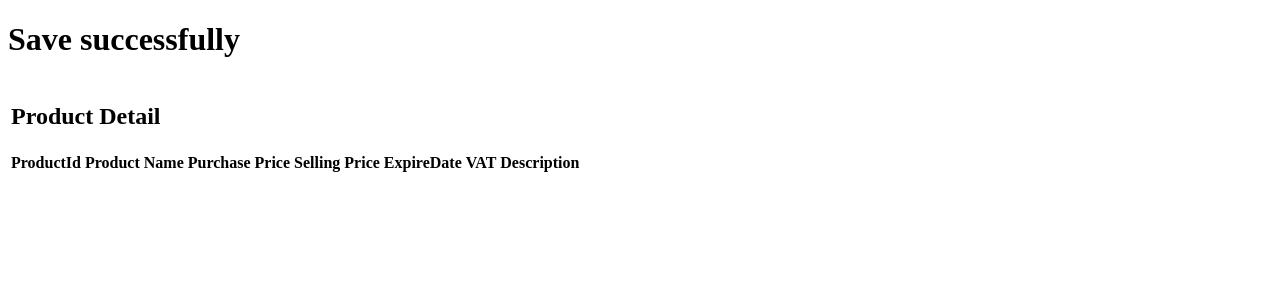
Repository: FatCat0712/JSP
Page: http://localhost/bai_22/success.jsp
These files come from the project's save history. The page is drawn as it stood at one moment and after the next save; the edit follows.
The browser window is 1280 px wide. The pictures show the whole page.
The page is served by Tomcat 9.

Above is the page before, as saved 2024-04-24 00:22:02.

After the next save:
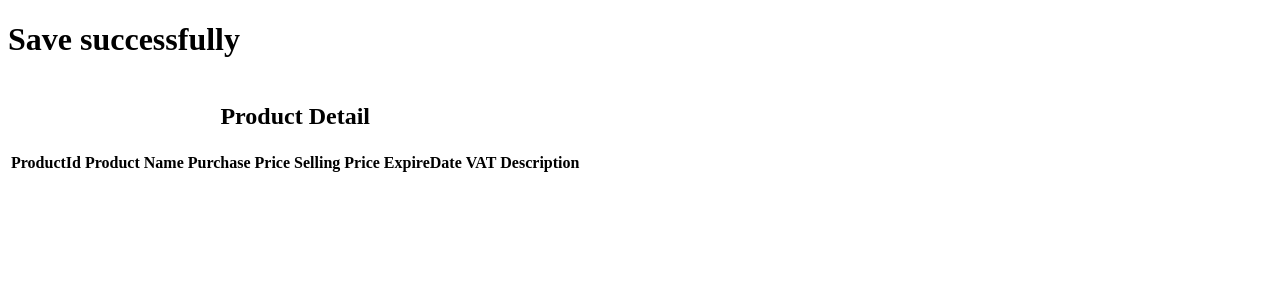
Saved 16 s later.
--- a/bai_22/src/main/webapp/success.jsp
+++ b/bai_22/src/main/webapp/success.jsp
@@ -10,7 +10,7 @@
 	<h1>Save successfully</h1>
 	<table>
 		<tr>
-			<td colspan="7" style="align-content: center;"><h2>Product Detail</h2></td>
+			<td colspan="7" style="text-align: center"><h2>Product Detail</h2></td>
 		</tr>
 
 		<tr>
